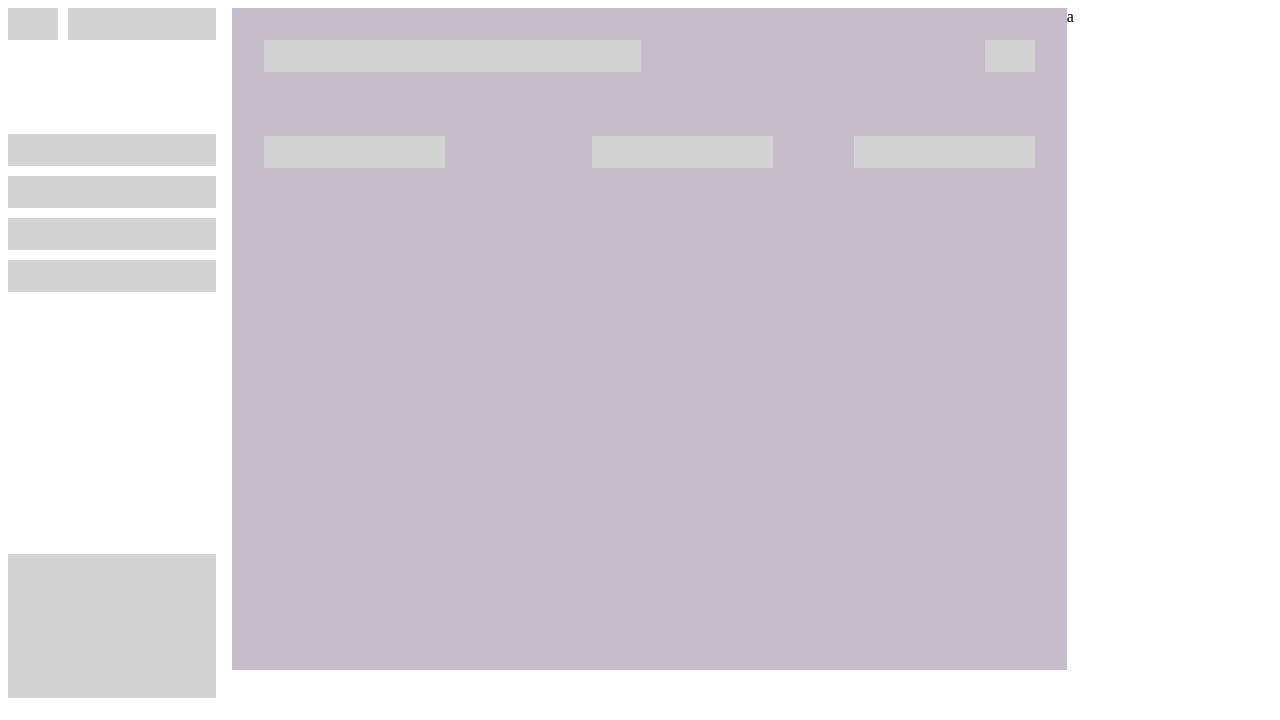
Repository: tr2cky/exercise2
Page: index.html
An editor plug-in stored every save of this project. The page is shown before and after the next save, followed by the edit.
The browser window is 1280 px wide. The pictures show the whole page.

Above is the page before, as saved 2022-10-01 12:01:23.

### index.html
<!DOCTYPE html>
<html lang="en">

<head>
    <meta charset="UTF-8">
    <meta http-equiv="X-UA-Compatible" content="IE=edge">
    <meta name="viewport" content="width=device-width, initial-scale=1.0">
    <link rel="stylesheet" href="style.css">
    <title>Document</title>
</head>

<body>
    <div class="container">
        <div class="side1">
        <div id="box1"></div>
        <div id="box2"></div>
        <div id="box3"></div>
        <div id="box4"></div>
        <div id="box5"></div>
        <div id="box6"></div>
        <div id="box7"></div>
        <div id="box8"></div>
        </div>
        <main>
            <div id="boxa"></div>
            <div id="boxb"></div>
            <div id="boxc"></div>
            <div id="boxd"></div>
            <div id="boxe"></div>
        </main>
        <div class="side2">
            a
        </div>
    </div>
</body>

</html>

### style.css
.container {
    display: flex;
    flex-direction: row;
    height: 92vh;
}

main {
    flex-grow: 3;
    background-color: rgb(199, 188, 204);
    display: grid;
    grid-template-columns: repeat(12, 1fr);
    grid-auto-rows: 2em;
    grid-gap: 1em;
    padding: 2em;
}

.side1 {
    flex-grow: 1;
    display: grid;
    grid-template-columns: 1fr 3fr;
    grid-auto-rows: 2em;
    grid-gap: 10px;
    margin-right: 1em;
}

.side2 {
    flex-grow: 1;
}

.side1 div,
main div,
.side2 div {
    background-color: lightgray;
}

#box3 {
    grid-column: 1/3;
    grid-row: 8;
    justify-self: start;
}

#box4 {
    grid-column: 1/3;
    grid-row: 4;
}

#box5 {
    grid-column: 1/3;
    grid-row: 5;
}

#box6 {
    grid-column: 1/3;
    grid-row: 6;
}

#box7 {
    grid-column: 1/3;
    grid-row: 7;
}

#box8 {
    grid-column: 1/3;
    grid-row: 14;
    height: 9em;
}

#boxa {
    grid-column: 1/7;
}

#boxb {
    grid-column: 12;
}

#boxc {
    grid-column: 1/4;
    grid-row: 3;
}
#boxd {
    grid-column: 6/9;
    grid-row: 3;
}
#boxe {
    grid-column: 7/10;
    grid-row: 3;
}
#boxe {
    grid-column: 10/13;
    grid-row: 3;
}

After the next save:
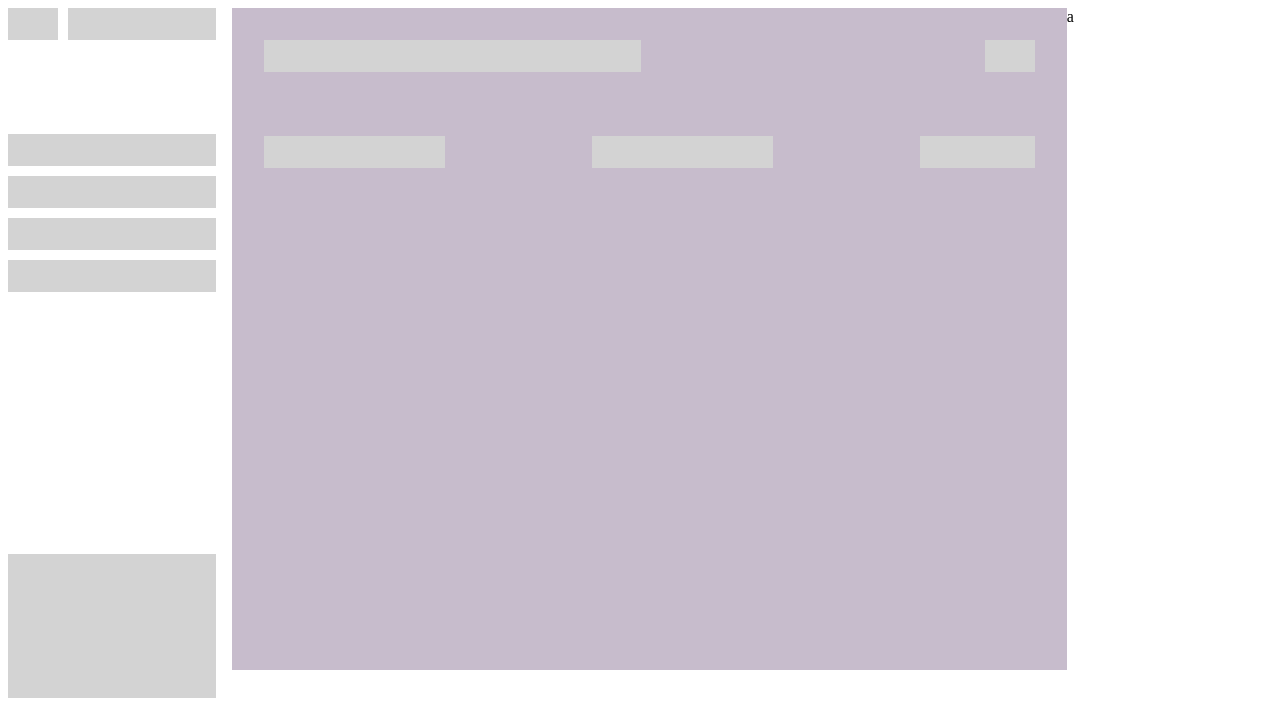
Saved 55 s later.
--- a/style.css
+++ b/style.css
@@ -82,10 +82,10 @@ main div,
     grid-row: 3;
 }
 #boxe {
-    grid-column: 7/10;
+    grid-column: 9/11;
     grid-row: 3;
 }
 #boxe {
-    grid-column: 10/13;
+    grid-column: 11/13;
     grid-row: 3;
 }
